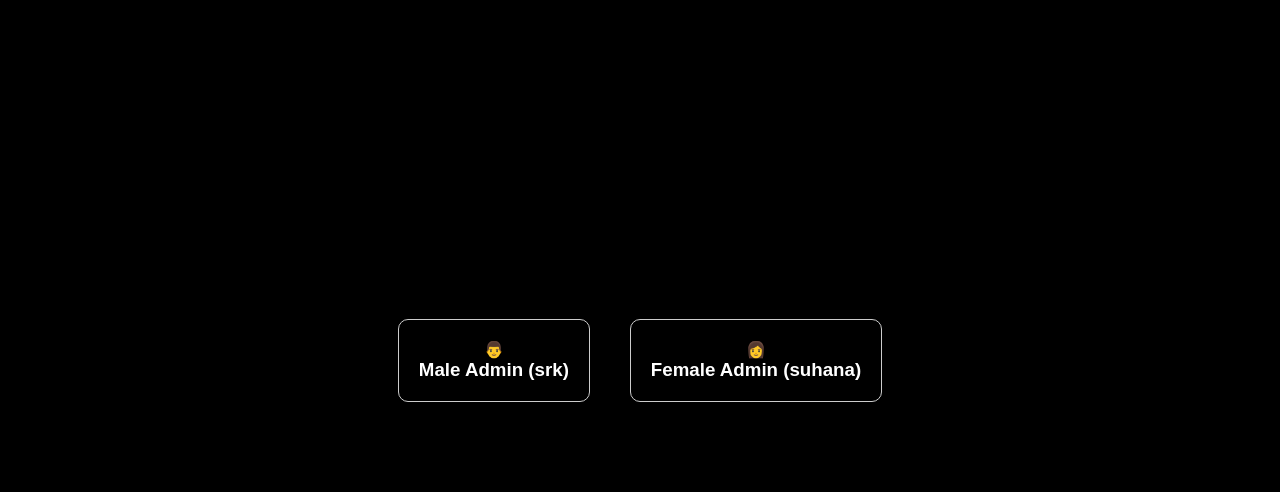
Repository: mdmisri/needy-talk
Page: /home (app in frontend/talk-d1/)
These files come from the project's save history. The page is drawn as it stood at one moment and after a run of saves; the edit follows.
The browser window is 1280 px wide. The pictures show the whole page.
The page's requests for data from a server got no answer. The project was rebuilt for these pictures with package versions that can differ from the ones it lists, and the page was loaded fresh each time. No one was signed in, and anything a server would have sent is missing. Also part of the build but not shown: frontend/talk-d1/src/components/Login/Login.js, frontend/talk-d1/src/components/Register/Register.js, frontend/talk-d1/src/conversationUtils.js, frontend/talk-d1/src/hooks/useConversation.js, frontend/talk-d1/src/components/Chat/styles/Message.css, frontend/talk-d1/src/components/Chat/Message.js, frontend/talk-d1/src/components/Chat/styles/ChatBox.css, frontend/talk-d1/src/components/Chat/ChatBox.js and 2 more.

Above is the page before, as saved 2024-07-29 04:54:36.

### frontend/talk-d1/src/index.js
import React from 'react';
import ReactDOM from 'react-dom/client';
import './index.css';
import App from './App';
import { BrowserRouter } from 'react-router-dom';

const root = ReactDOM.createRoot(document.getElementById('root'));
root.render(
  <React.StrictMode>
    <BrowserRouter>
    <App />
    </BrowserRouter>
  </React.StrictMode>
);

// If you want to start measuring performance in your app, pass a function
// to log results (for example: reportWebVitals(console.log))
// or send to an analytics endpoint. Learn more: https://bit.ly/CRA-vitals

### frontend/talk-d1/src/App.js
import React, { useState, useEffect } from 'react';
import { Routes, Route, useNavigate } from 'react-router-dom';
import Login from './components/Login/Login';
import Register from './components/Register/Register';
import ChatBox from './components/Chat/ChatBox';
import AdminChatBox from './components/Chat/AdminChatBox';
import ChatStart from './components/Chat/ChatStart';
import AdminSelection from './components/Chat/AdminSelection';
import socket from './components/Chat/socket';

const App = () => {
    const [user, setUser] = useState(null);
    const [username, setUsername] = useState('');
    const [isAdmin, setIsAdmin] = useState(false);
    const [adminUsername, setAdminUsername] = useState(null);
    const [redirectToChat, setRedirectToChat] = useState(false);
    const navigate = useNavigate();

    useEffect(() => {
        const handleBeforeUnload = () => {
            if (username) {
                socket.emit('userOffline', username);
            }
        };

        window.addEventListener('beforeunload', handleBeforeUnload);

        return () => {
            window.removeEventListener('beforeunload', handleBeforeUnload);
        };
    }, [username]);

    useEffect(() => {
        if (user) {
            if (isAdmin) {
                navigate('/admin-chat');
            } else if (redirectToChat) {
                navigate(`/chat/${adminUsername}`);
            } else {
                navigate('/home');
            }
        }
    }, [user, isAdmin, redirectToChat, adminUsername, navigate]);

    const handleLogout = () => {
        socket.emit('userOffline', username);
        setUser(null);
        setUsername('');
        setIsAdmin(false);
        setAdminUsername(null);
        setRedirectToChat(false);
        navigate('/login');
    };

    const handleAdminSelection = (selectedAdminUsername) => {
        setAdminUsername(selectedAdminUsername);
        setRedirectToChat(true);
    };

    return (
        <div>
            <Routes>
                <Route path="/login" element={<Login setUser={setUser} setUsername={setUsername} setIsAdmin={setIsAdmin} />} />
                <Route path="/register" element={<Register />} />
                {/* Route for admin selection */}
                <Route path="/home" element={!isAdmin ? <ChatStart username={username} onAdminSelect={handleAdminSelection} /> : <AdminChatBox adminUsername={username} handleAdminSelection={handleAdminSelection} />} />
                {/* Route for admin chat box */}
                <Route path="/admin-chat" element={<AdminChatBox adminUsername={username} handleAdminSelection={handleAdminSelection} />} />
                {/* Route for user chat box */}
                <Route path="/chat/:receiverUsername" element={<ChatBox senderUsername={username} />} />
            </Routes>
            {user && <button onClick={handleLogout}>Logout</button>}
        </div>
    );
};

export default App;

### frontend/talk-d1/src/components/Chat/ChatStart.js
import React, { useState } from 'react';
import AdminSelection from './AdminSelection';
import ChatBox from './ChatBox';
import axios from 'axios';

const ChatStart = ({ username, onAdminSelect }) => {
    const [adminUsername, setAdminUsername] = useState(null);
    const [conversationId, setConversationId] = useState(null);
    const [messages, setMessages] = useState([]);

    const handleSelectAdmin = async (admin) => {
        setAdminUsername(admin);
        try {
            const response = await axios.post('http://localhost:3010/api/conversations/start-chat', {
                username,
                adminUsername: admin
            });
            setConversationId(response.data.conversationId);
            fetchMessages(response.data.conversationId);
            onAdminSelect(admin); // Notify the parent to handle redirection
        } catch (error) {
            console.error('Error starting chat:', error);
        }
    };

    const fetchMessages = async (conversationId) => {
        try {
            const response = await axios.get(`http://localhost:3010/api/messages/${conversationId}`);
            setMessages(response.data.messages || []);
        } catch (error) {
            console.error('Error fetching messages:', error);
        }
    };

    return (
        <div>
            {!adminUsername ? (
                <AdminSelection onSelectAdmin={handleSelectAdmin} />
            ) : (
                <ChatBox conversationId={conversationId} messages={messages} />
            )}
        </div>
    );
};

export default ChatStart;

### frontend/talk-d1/src/components/Chat/AdminSelection.js
import React from 'react';
import './styles/AdminSelection.css'; // Create this CSS file for styling

const AdminSelection = ({ onSelectAdmin }) => {
    return (
        <div className="admin-selection-container">
            <div className="card" onClick={() => onSelectAdmin('srk')}>
            <div className="card-icon">👨</div>
                <h3>Male Admin (srk)</h3>
            </div>
            <div className="card" onClick={() => onSelectAdmin('suhana')}>
            <div className="card-icon">👩</div>
                <h3>Female Admin (suhana)</h3>
            </div>
        </div>
    );
};

export default AdminSelection;

### frontend/talk-d1/src/components/Chat/socket.js
// socket.js
import io from 'socket.io-client';

const socket = io('http://localhost:3010');

export default socket;

### frontend/talk-d1/src/components/Login/Login.css
body, html {
    margin: 0;
    padding: 0;
    height: 100%;
    background-color: #000000; /* Set the background color to black */
    display: flex;
    justify-content: center;
    align-items: center;
    font-family: 'Arial', sans-serif;
}

.login-container {
    width: 340px;
    padding: 40px;
    background: linear-gradient(145deg, #ffffff, #f0f0f0);
    box-shadow: 0 0 30px rgba(255, 255, 255, 0.1);
    border-radius: 15px;
    text-align: center;
}

.login-container h2 {
    margin-bottom: 30px;
    color: #333;
    font-size: 28px;
    font-weight: 600;
    text-transform: uppercase;
    letter-spacing: 1px;
}

.login-container input[type="text"],
.login-container input[type="password"] {
    width: calc(100% - 40px); /* Adjust width to account for padding */
    margin-bottom: 20px;
    padding: 12px 20px; /* Adjust padding for better spacing */
    border: 1px solid #ccc; /* Add a subtle border */
    border-radius: 8px; /* Less rounded for a more modern look */
    background: #f9f9f9;
    box-shadow: 0 2px 5px rgba(0, 0, 0, 0.1); /* Subtle outer shadow */
    font-size: 16px;
    transition: all 0.3s ease;
    outline: none; /* Remove default outline */
}

.login-container input[type="text"]:focus,
.login-container input[type="password"]:focus {
    border-color: #007BFF; /* Highlight border color on focus */
    box-shadow: 0 0 5px rgba(0, 123, 255, 0.5); /* Add glow effect on focus */
    background: #fff; /* Ensure background is clear on focus */
    outline: none;
    box-shadow: inset 5px 5px 10px #c1c1c1, inset -5px -5px 10px #ffffff;
}

.login-container button {
    width: 100%;
    padding: 15px;
    background: linear-gradient(145deg, #007bff, #0056b3);
    color: #fff;
    border: none;
    border-radius: 50px;
    cursor: pointer;
    font-size: 18px;
    font-weight: 600;
    text-transform: uppercase;
    letter-spacing: 1px;
    transition: all 0.3s ease;
    box-shadow: 5px 5px 10px #d9d9d9, -5px -5px 10px #ffffff;
}

.login-container button:hover {
    background: linear-gradient(145deg, #0056b3, #004494);
    transform: translateY(-3px);
    box-shadow: 7px 7px 15px #d9d9d9, -7px -7px 15px #ffffff;
}

.login-container button:active {
    transform: translateY(0);
    box-shadow: 3px 3px 5px #d9d9d9, -3px -3px 5px #ffffff;
}

### frontend/talk-d1/src/components/Register/Register.css
body, html {
    margin: 0;
    padding: 0;
    height: 100%;
    background-color: #000000;
    display: flex;
    justify-content: center;
    align-items: center;
    font-family: 'Arial', sans-serif;
}

.form-container {
    width: 340px;
    padding: 40px;
    background: linear-gradient(145deg, #ffffff, #f0f0f0);
    box-shadow: 0 0 30px rgba(255, 255, 255, 0.1);
    border-radius: 15px;
    text-align: center;
}

.form-container h2 {
    margin-bottom: 30px;
    color: #333;
    font-size: 28px;
    font-weight: 600;
    text-transform: uppercase;
    letter-spacing: 1px;
}

.form-container input[type="text"],
.form-container input[type="password"],
.form-container input[type="email"] {
    width: calc(100% - 40px);
    margin-bottom: 20px;
    padding: 12px 20px;
    border: 1px solid #ccc;
    border-radius: 8px;
    background: #f9f9f9;
    box-shadow: 0 2px 5px rgba(0, 0, 0, 0.1);
    font-size: 16px;
    transition: all 0.3s ease;
    outline: none;
}

.form-container input[type="text"]:focus,
.form-container input[type="password"]:focus,
.form-container input[type="email"]:focus {
    border-color: #007BFF;
    box-shadow: 0 0 5px rgba(0, 123, 255, 0.5);
    background: #fff;
}

.form-container .checkbox-container {
    display: flex;
    align-items: center;
    margin-bottom: 20px;
    font-size: 16px;
}

.form-container .checkbox-container input {
    margin-right: 10px;
    transform: scale(1.2);
}

.form-container button {
    width: 100%;
    padding: 15px;
    background: linear-gradient(145deg, #007bff, #0056b3);
    color: #fff;
    border: none;
    border-radius: 50px;
    cursor: pointer;
    font-size: 18px;
    font-weight: 600;
    text-transform: uppercase;
    letter-spacing: 1px;
    transition: all 0.3s ease;
    box-shadow: 0 5px 15px rgba(0, 0, 0, 0.2);
}

.form-container button:hover {
    background: linear-gradient(145deg, #0056b3, #004494);
    transform: translateY(-3px);
    box-shadow: 0 7px 20px rgba(0, 0, 0, 0.3);
}

.form-container button:active {
    transform: translateY(0);
    box-shadow: 0 3px 10px rgba(0, 0, 0, 0.2);
}

### frontend/talk-d1/src/components/Chat/styles/AdminSelection.css
/* AdminSelection.css */
.admin-selection-container {
    color: white;
    display: flex;
    justify-content: center;
    align-items: center;
    height: 100vh;
}

.card {
    /* color: white; */
    margin: 0 20px;
    padding: 20px;
    border: 1px solid #ccc;
    border-radius: 10px;
    text-align: center;
    cursor: pointer;
    transition: transform 0.2s;
}

.card:hover {
    transform: scale(1.05);
}

.card h3 {
    margin: 0;
    color: white;
}

Loaded but not shown: frontend/talk-d1/public/index.html (common file); frontend/talk-d1/src/index.css (no stored copy; drawn as an empty file)

After the next 2 saves:
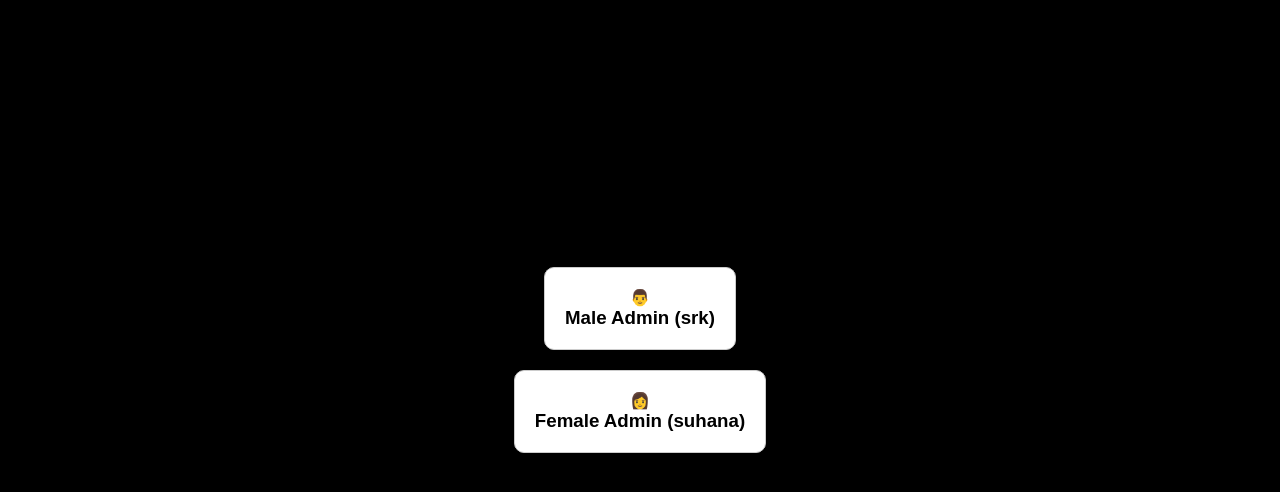
The 2 saves are shown as one change because they came seconds apart.
The last was saved 108 s later.
--- a/frontend/talk-d1/src/components/Chat/styles/AdminSelection.css
+++ b/frontend/talk-d1/src/components/Chat/styles/AdminSelection.css
@@ -1,15 +1,30 @@
-/* AdminSelection.css */
+body, html {
+    margin: 0;
+    padding: 0;
+    height: 100%;
+    background-color: #000000; /* Set the background color to black */
+    font-family: 'Arial', sans-serif;
+    color: white; /* Set default text color to white */
+}
+
 .admin-selection-container {
-    color: white;
     display: flex;
+    flex-direction: column; /* Stack the heading above the cards */
     justify-content: center;
     align-items: center;
     height: 100vh;
+    text-align: center; /* Center the heading text */
+}
+
+.admin-selection-container h2 {
+    margin-bottom: 20px; /* Add some space below the heading */
+    color: white; /* Ensure the heading text is white */
 }
 
 .card {
-    /* color: white; */
-    margin: 0 20px;
+    background-color: white; /* Set the background color of the card to white */
+    color: black; /* Set the text color inside the card to black */
+    margin: 10px 20px;
     padding: 20px;
     border: 1px solid #ccc;
     border-radius: 10px;
@@ -24,5 +39,5 @@
 
 .card h3 {
     margin: 0;
-    color: white;
+    color: black; /* Ensure the card header text is black */
 }
